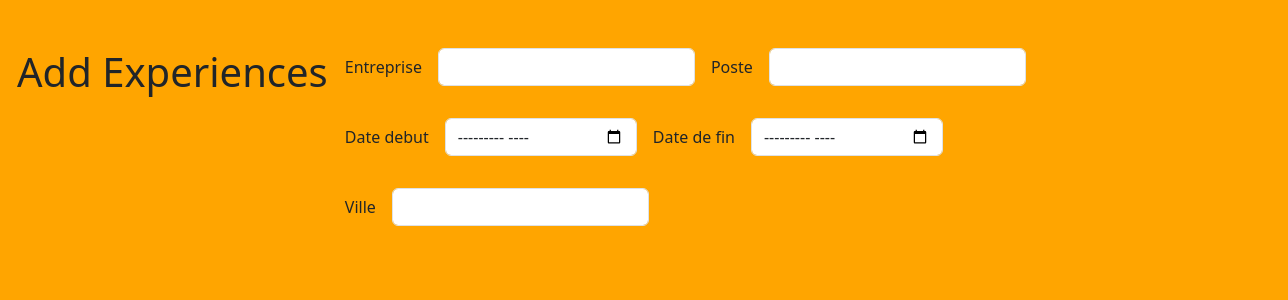
Repository: moAllElite/Examen-EJB-WEB-EAR
Page: http://localhost/SearchJobsWeb/views/exp_form_skills/addExp.jsp
The author's editor kept a copy of each file at every save. The page is drawn from the files as they stood at one save, then again after the next save.
The browser window is 1280 px wide. The page is 1280 px wide, then 1288 px, so the pictures cover 1288 px, including what lies to the right of the window. The pictures show the whole page.
The page is served by Tomcat 9. Nobody is signed in. The application's start-up code is not run. Other server files are loaded and not shown.

Above is the page before, as saved 2023-03-25 22:29:31.

### SearchJobsWeb/src/main/webapp/views/exp_form_skills/addExp.jsp
<%@ page language="java" contentType="text/html; charset=ISO-8859-1"
    pageEncoding="ISO-8859-1"%>
<!DOCTYPE html>
<html>
<head>
<meta charset="ISO-8859-1">
<title>Experience</title>
</head>
<body>
	<h1 class="text-center b-5">Add Experiences</h1>
	<form method="post" action="AddExperience">
		<jsp:include page="main.jsp"></jsp:include>
	</form>
</body>
</html>

### SearchJobsWeb/src/main/webapp/views/exp_form_skills/main.jsp
<%@ page language="java" contentType="text/html; charset=ISO-8859-1"
    pageEncoding="ISO-8859-1"%>
<!DOCTYPE html>
<html>
<head>
<meta charset="ISO-8859-1">
<title>Insert title here</title>
	 <link href="https://cdn.jsdelivr.net/npm/bootstrap@5.3.0-alpha1/dist/css/bootstrap.min.css" rel="stylesheet" integrity="sha384-GLhlTQ8iRABdZLl6O3oVMWSktQOp6b7In1Zl3/Jr59b6EGGoI1aFkw7cmDA6j6gD" crossorigin="anonymous">

	</head>
	<body class="d-flex justify-content-evenly mt-5" style="background-color: orange;">
		<!-- Example Code -->

	    <div class="row g-3 align-items-center">
		      <div class="col-auto">
		        <label for="inputPassword6" class="col-form-label">Entreprise</label>
		      </div>
		      <div class="col-auto">
		        <input type="text"  class="form-control" name="societe" name="" aria-describedby="addon-wrapping">
		      </div>
		      <div class="col-auto">
		      <label for="inputPassword6" class="col-form-label">Poste</label>
		    </div>
		    <div class="col-auto">
		      <input type="text"  class="form-control" name="poste" required="required" aria-describedby="addon-wrapping">
		    </div>
	  	</div>
	  	<!-- Example Code -->

	    <div class="row g-3 align-items-center mt-3">
	      <div class="col-auto">
	        <label for="inputPassword6" class="col-form-label">Date debut</label>
	      </div>
	      <div class="col-auto">
	        <input type="month" name="datedb"  class="form-control" required="required"  aria-describedby="addon-wrapping">
	      </div>
	      <div class="col-auto">
	      <label for="inputPassword6" class="col-form-label">Date de fin</label>
	    </div>
	    <div class="col-auto">
	      <input type="month"  name="datefn" required="required" class="form-control"  aria-describedby="addon-wrapping">
	    </div>
	    <div class="row g-3 align-items-center mt-3">
	      <div class="col-auto">
	        <label for="inputPassword6" class="col-form-label">Ville</label>
	      </div>
	      <div class="col-auto">
	        <input type="text" name="ville"  class="form-control" required="required"  aria-describedby="addon-wrapping">
	      </div>
	      </div>
	  </div>
	  	<script src="https://cdn.jsdelivr.net/npm/@popperjs/core@2.11.6/dist/umd/popper.min.js" integrity="sha384-oBqDVmMz9ATKxIep9tiCxS/Z9fNfEXiDAYTujMAeBAsjFuCZSmKbSSUnQlmh/jp3" crossorigin="anonymous"></script>
		<script src="https://cdn.jsdelivr.net/npm/bootstrap@5.3.0-alpha1/dist/js/bootstrap.min.js" integrity="sha384-mQ93GR66B00ZXjt0YO5KlohRA5SY2XofN4zfuZxLkoj1gXtW8ANNCe9d5Y3eG5eD" crossorigin="anonymous"></script>

	</body>
</html>

After the next save:
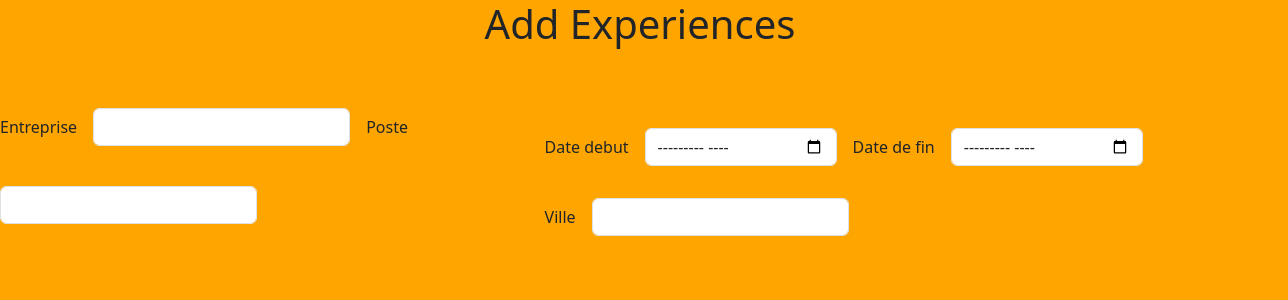
Saved 70 s later.
--- a/SearchJobsWeb/src/main/webapp/views/exp_form_skills/main.jsp
+++ b/SearchJobsWeb/src/main/webapp/views/exp_form_skills/main.jsp
@@ -8,9 +8,9 @@
 	 <link href="https://cdn.jsdelivr.net/npm/bootstrap@5.3.0-alpha1/dist/css/bootstrap.min.css" rel="stylesheet" integrity="sha384-GLhlTQ8iRABdZLl6O3oVMWSktQOp6b7In1Zl3/Jr59b6EGGoI1aFkw7cmDA6j6gD" crossorigin="anonymous">
 
 	</head>
-	<body class="d-flex justify-content-evenly mt-5" style="background-color: orange;">
+	<body  style="background-color: orange;">
 		<!-- Example Code -->
-
+    <div class="d-flex justify-content-evenly mt-5">
 	    <div class="row g-3 align-items-center">
 		      <div class="col-auto">
 		        <label for="inputPassword6" class="col-form-label">Entreprise</label>
@@ -49,6 +49,7 @@
 	      </div>
 	      </div>
 	  </div>
+	  </div>
 	  	<script src="https://cdn.jsdelivr.net/npm/@popperjs/core@2.11.6/dist/umd/popper.min.js" integrity="sha384-oBqDVmMz9ATKxIep9tiCxS/Z9fNfEXiDAYTujMAeBAsjFuCZSmKbSSUnQlmh/jp3" crossorigin="anonymous"></script>
 		<script src="https://cdn.jsdelivr.net/npm/bootstrap@5.3.0-alpha1/dist/js/bootstrap.min.js" integrity="sha384-mQ93GR66B00ZXjt0YO5KlohRA5SY2XofN4zfuZxLkoj1gXtW8ANNCe9d5Y3eG5eD" crossorigin="anonymous"></script>
 
